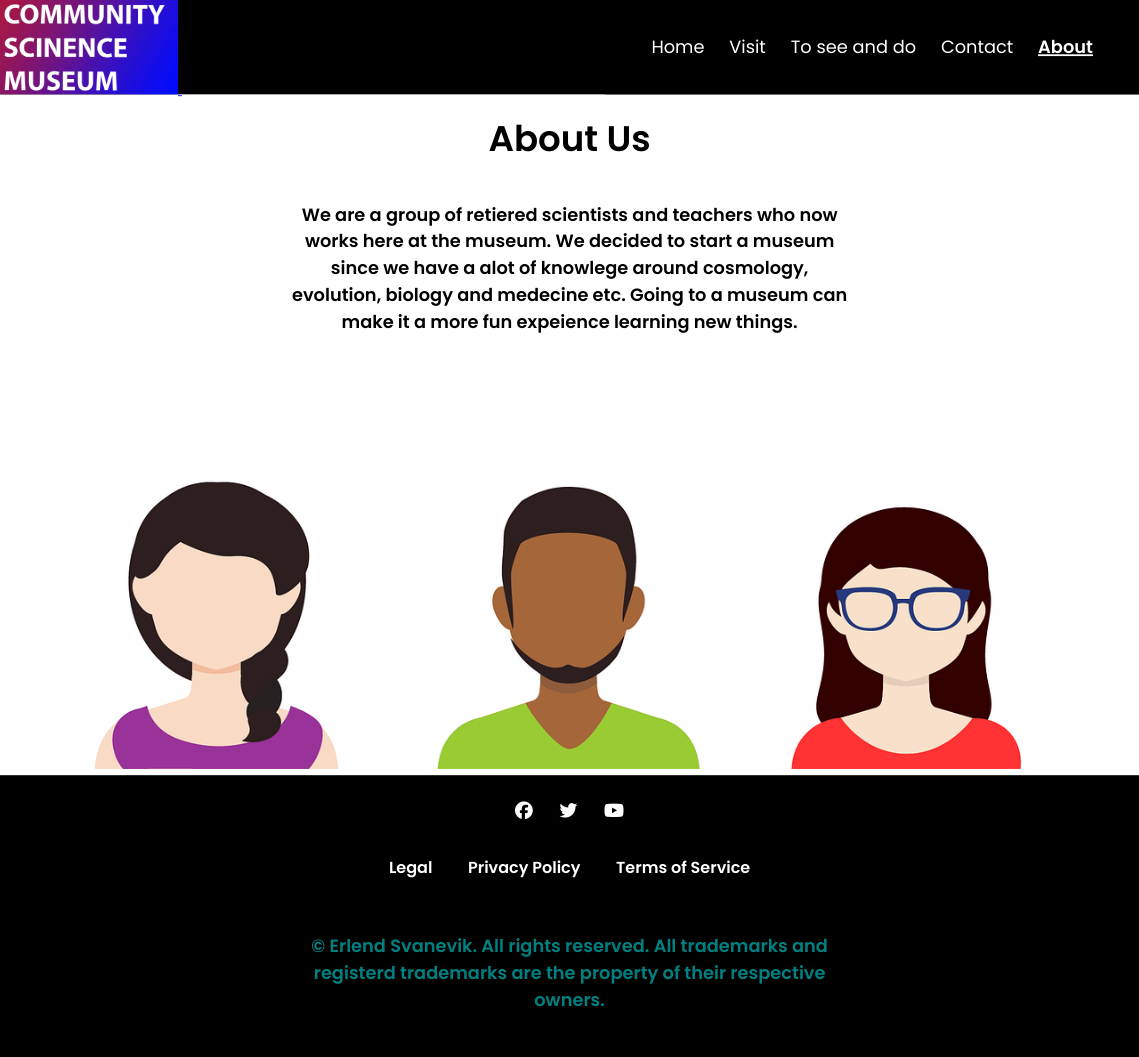
Repository: EpleWasTaken/Semester-Project
Page: about.html
The author's editor kept a copy of each file at every save. The page is drawn from the files as they stood at one save, then again after the next save.
The browser window is 1280 px wide. The pictures show the whole page, at 89% of full size.
Some web libraries are served in a nearby version.

Above is the page before, as saved 2020-12-12 13:33:37.

### about.html
<!DOCTYPE html>
<html lang="en">
<head>
    <meta charset="UTF-8">
    <meta name="viewport" content="width=device-width, initial-scale=1.0">
    <meta name="keywords" content="museum, science museum, community museum">
    <meta name="author" content="Erlend Molvik Svanevik">
    <title>CMS About</title>

    <link rel="preconnect" href="https://fonts.gstatic.com">
    <link href="https://fonts.googleapis.com/css2?family=Poppins:ital,wght@0,100;0,200;0,300;0,400;0,500;0,600;1,100;1,200;1,300;1,400;1,500;1,600&display=swap" rel="stylesheet">
    <link rel="stylesheet" href="./css/styles.css">
    <link rel="stylesheet" href="./css/footer.css">
    <link rel="stylesheet" href="/css/hamburger.css">
    <script src="https://kit.fontawesome.com/cafca22d75.js" crossorigin="anonymous"></script>
</head>


<!--NAVIGAION, LOGO AND SEARCH BAR-->


<body>
    <header>
        <a href="index.html" aria-label="Go to frontpage">
            <img src="/Images/CommunityScienceMuseum.jpg" class="logo" alt="Community Science Museum logo">
        </a>
        <label class="hamburger-label" for="hamburger-menu" aria-label="Hamburger menu for navigation"><i class="fas fa-bars fa-2x"></i></label>
        <input type="checkbox" id="hamburger-menu">
        <nav>
            <ul class="nav">
                <li><a href="index.html" aria-label="Go to home page">Home</a></li>
                <li><a href="visit.html" aria-label="Go to the visit page">Visit</a></li>
                <li><a href="to-see-and-do.html" aria-label="Go to: To see and do">To see and do</a></li>
                <li><a href="contact.html" aria-label="Go to the contact page">Contact</a></li>
                <li><a href="about.html" aria-label="Go to the about page" class="active">About</a></li>
            </ul>
        </nav>
    </header>


<!--CONTENT-->


<main>
    <div class="about-container">
        <div class="about-page">
            <h2>About Us</h2>
            <p>We are a group of retiered scientists and teachers who now works here at the museum.
            We decided to start a museum since we have a alot of knowlege around cosmology, evolution, biology and medecine etc.
            Going to a museum can make it a more fun expeience learning new things.</p>
        </div>
    </div>
    <img src="./Images/Avatar2.png" class="employee">
</main>


<!--FOOTER, TOS/LEGAL/PRIVACY-POLICY AND SOCIALS-->


    <footer class="footer">
        <div class="footer-container">
            <ul class="footer-social">
                <li>
                    <a href="#0" class="facebook"><i class="fab fa-facebook"></i></a>
                </li>
                <li>
                    <a href="#0" class="twitter"><i class="fab fa-twitter"></i></a>
                </li>
                <li>
                    <a href="#0" class="youtube"><i class="fab fa-youtube"></i></a>
                </li>
            </ul>
        </div>
        <div class="footer-container">
            <div class="footer-legal">
                <a href="#0">Legal</a>
                <a href="#0">Privacy Policy</a>
                <a href="#0">Terms of Service</a>
            </div>
            <div class="footer-copyright">
                <p>&copy; Erlend Svanevik. All rights reserved. All trademarks and registerd trademarks are the property of
                   their respective owners.
                </p>
            </div>
        </div>
    </footer>
</body>
</html>

### css/styles.css
* {
	margin: 0px;
	padding: 0px;
	box-sizing: border-box;
}

body {
	font-family: 'poppins', sans-serif;
	background: white;
}

nav {
	background-color: black;
}

header {
	background: black;
	height: 53.13px;
}

.logo {
	max-width: 100px;
}

a.fas.fa-phone,
a.fas.fa-envelope {
	display: flex;
	justify-content: center;
	align-items: center;
	font-size: 30px;
}

.contact-form {
	display: flex;
	flex-direction: column;
	justify-content: center;
	align-items: center;
	margin: auto;
}

.email {
	display: flex;
}

/* NAVIGATION/HAMBURGER MENU/CLICKEBLE
-------------------------------------------*/

/*PICTURES
-----------------------------------------------*/

.homepic,
.space,
.mammoth,
.people,
.science,
.ant {
	width: auto;
	max-width: 100%;
	height: auto;
	margin-bottom: 3vh;
}

/*TEXT/FONT/TEXT ALIGNMENY
--------------------------------------------------*/

h1 {
	display: flex;
	align-items: center;
	justify-content: center;
	margin-left: auto;
	margin-right: auto;
	font-weight: 600;
	font-size: 30px;
	margin: 40px;
	text-align: center;
}

h2 {
	display: flex;
	align-items: center;
	justify-content: center;
	margin-left: auto;
	margin-right: auto;
	font-weight: 600;
	font-size: 25px;
	margin: 40px;
	text-align: center;
}

h3 {
	display: flex;
	align-items: center;
	justify-content: center;
	font-weight: 600;
	font-size: 20px;
	margin: 40px;
	text-align: center;
}

p {
	display: flex;
	align-items: center;
	justify-content: center;
	font-weight: 600;
	font-size: 15px;
	margin: 40px;
	max-width: 70%;
	margin-left: auto;
	margin-right: auto;
	text-align: center;
}

.open-hours p {
	margin: 20px;
	margin-left: auto;
	margin-right: auto;
	align-items: center;
	justify-content: center;
	text-align: center;
}

.contact-container {
	display: flex;
	flex-direction: row;
	align-items: center;
}

.mail {
	display: flex;
	justify-content: center;
	align-items: center;
}

@media screen and (min-width: 1024px) {
	body {
		font-family: 'poppins', sans-serif;
		font-weight: 400;
	}

	main {
	}

	header {
		height: 106.25px;
	}

	.logo {
		max-width: 200px;
	}

	.homepic {
		display: flex;
		flex-direction: column;
		justify-content: center;
		align-items: center;
		max-width: 1664px;
		margin-left: auto;
		margin-right: auto;
	}

	h1,
	h2,
	h3,
	p {
		display: flex;
		align-items: center;
		justify-content: center;
	}

	h1 {
		font-size: 60px;
		margin: 40px;
	}

	h2 {
		font-size: 40px;
		margin: 20px;
	}

	h3 {
		font-size: 30px;
		margin: 15px;
	}

	p {
		font-size: 20px;
		margin: 40px;
		max-width: 50%;
		margin-left: auto;
		margin-right: auto;
	}

	.space,
	.mammoth,
	.people,
	.science,
	.ant {
		display: flex;
		left: 0;
		right: 0;
		max-width: 800px;
		justify-content: center;
		align-items: center;
		margin: auto;
		padding: 4vh;
	}
}

### css/footer.css
/* FOOTER */

* {
	padding: 0;
	margin: 0;
	box-sizing: border-box;
}

footer {
	display: flex;
	flex-direction: column;
	justify-content: center;
	align-items: center;
	background-color: black;
	font-family: 'Poppins', sans-serif;
	font-weight: 600;
	padding: 10px;
}

.footer-container {
	display: flex;
	flex-direction: column;
	justify-content: center;
	align-items: center;
}

.footer-social {
	font-size: 35px;
}

.footer-social li a {
	color: white;
}

.footer-legal {
	display: flex;
	flex-direction: column;
	text-decoration: none;
	align-items: center;
	justify-content: center;
	font-size: 20px;
}

.footer-legal a {
	display: flex;
	text-decoration: none;
	flex-direction: row;
	padding: 15px;
}

.footer-social li a.facebook:hover {
	color: #3b5998;
}

.footer-social li a.twitter:hover {
	color: #00acee;
}

.footer-social li a.youtube:hover {
	color: #c4302b;
}

.footer-legal a {
	color: white;
}

.footer-legal a:hover {
	color: #008080;
}

.footer-copyright {
	display: flex;
	flex-direction: column;
	text-decoration: none;
	justify-content: center;
	align-items: center;
	text-align: center;
	font-size: 14px;
	color: #008080;
}

ul {
	list-style: none;
}

@media screen and (min-width: 1024px) {
	.footer-legal {
		display: flex;
		flex-direction: row;
		justify-content: center;
		align-items: center;
		font-size: 18px;
	}

	.footer-legal a {
		display: flex;
		flex-direction: row;
		justify-content: center;
		align-items: center;
		padding: 20px;
	}

	.footer-social {
		display: flex;
		flex-direction: row;
		justify-content: center;
		align-items: center;
		text-decoration: none;
	}

	.footer-container {
		text-decoration: none;
	}

	.footer-social li {
		display: flex;
		flex-direction: row;
		text-decoration: none;
		margin: 15px;
	}
}

### css/hamburger.css
* {
	margin: 0px;
	padding: 0px;
	box-sizing: border-box;
}

nav,
#hamburger-menu {
	display: none;
	z-index: 1;
}

nav ul {
	padding: 0px;
}

ul a {
	margin: 40px;
	font-size: 20px;
}

nav a {
	text-decoration: none;
	color: white;
	display: block;
	max-width: 200px;
}

.nav {
	display: block;
	position: absolute;
	justify-content: space-between;
	align-items: center;
	text-align: center;
	right: 0;
	width: 50%;
	background-color: black;
	top: 0;
}

.hamburger-label {
	color: #fff;
	padding: 10px;
	font: 1.5em;
	display: block;
	position: absolute;
	right: 0;
	top: 0px;
	z-index: 1;
}

.active {
	font-weight: 600;
	text-decoration: underline;
}

#hamburger-menu:checked ~ nav {
	display: flex;
}

@media screen and (min-width: 1024px) {
	nav {
		display: inline-block;
	}

	.active {
		font-weight: 600;
		text-decoration: underline;
	}

	.hamburger-label {
		display: none;
	}

	nav ul {
		padding: 0px;
		color: #fff;
		font: 1.5em;
		display: flex;
		position: absolute;
		right: 0;
		top: 0px;
		min-width: 600px;
		align-items: center;
		padding: 38px;
	}

	nav li {
		display: block;
	}

	nav a {
		text-decoration: none;
		color: white;
		display: block;
	}

	.nav {
		display: flex;
		justify-content: space-around;
		text-decoration: none;
		background-color: black;
		height: auto;
		width: auto;
		margin: auto;
	}

	ul a {
		margin: auto;
	}
}

After the next save:
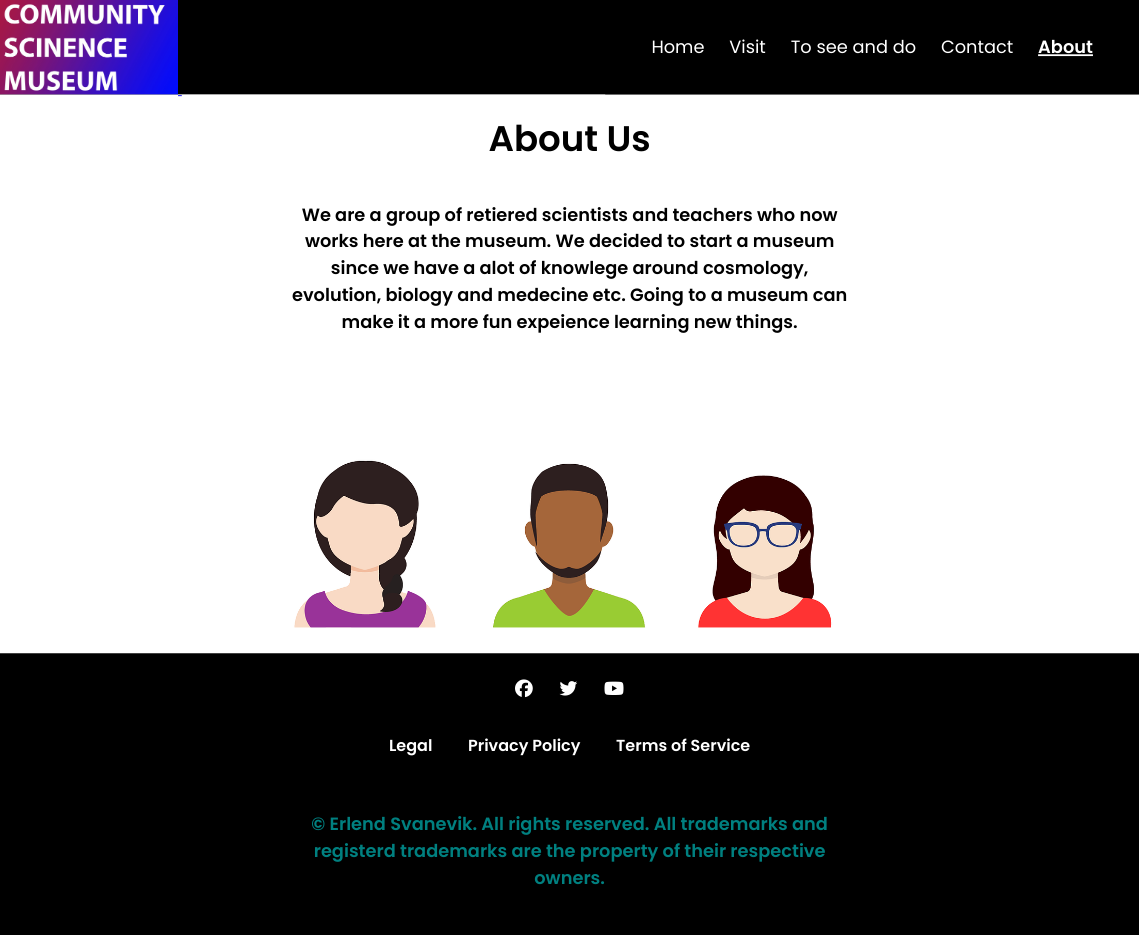
Saved 5 s later.
--- a/css/styles.css
+++ b/css/styles.css
@@ -194,7 +194,8 @@
 	.mammoth,
 	.people,
 	.science,
-	.ant {
+	.ant,
+	.employee {
 		display: flex;
 		left: 0;
 		right: 0;

After the save that followed:
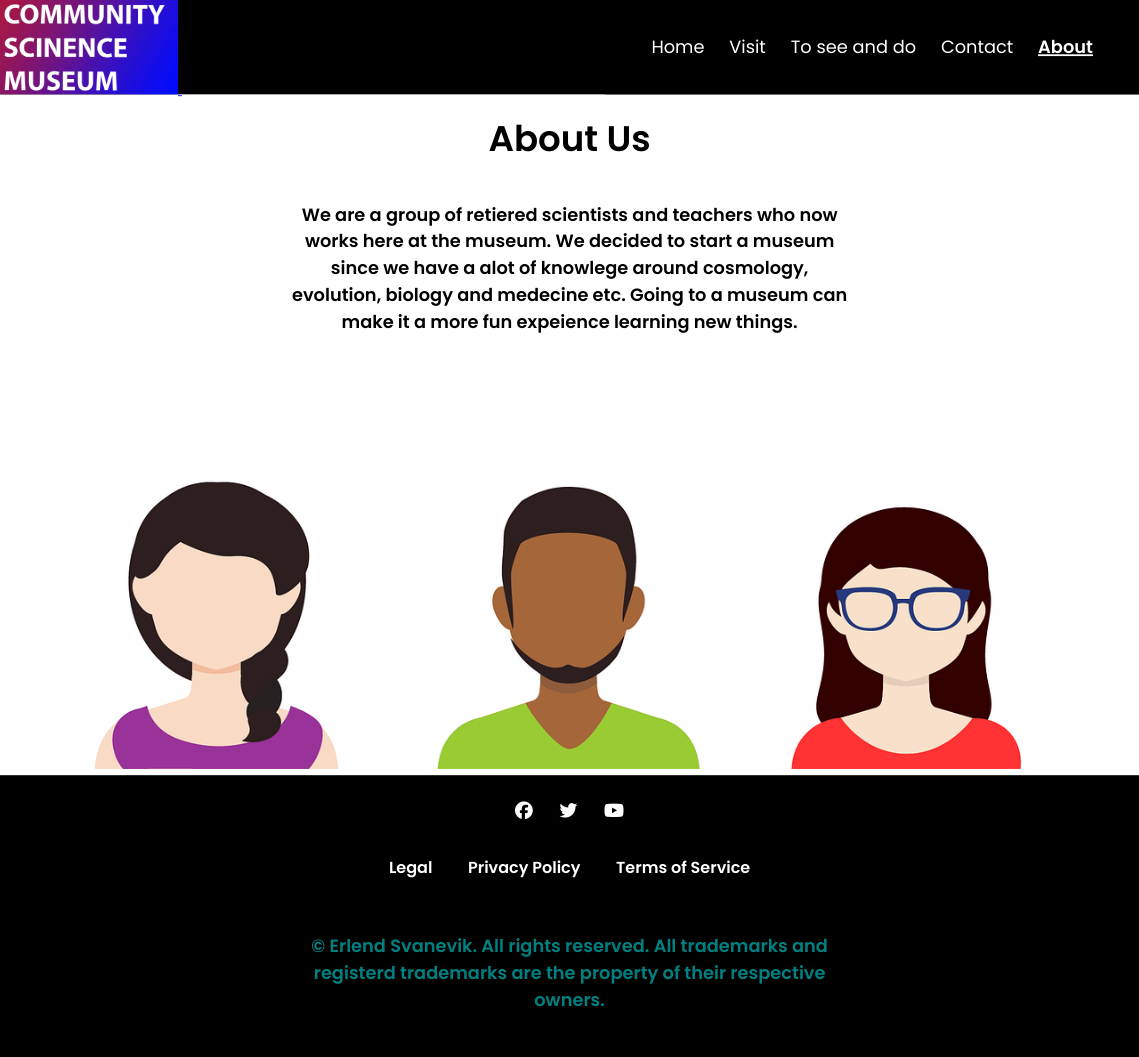
Saved 16 s later.
--- a/css/styles.css
+++ b/css/styles.css
@@ -194,8 +194,7 @@
 	.mammoth,
 	.people,
 	.science,
-	.ant,
-	.employee {
+	.ant {
 		display: flex;
 		left: 0;
 		right: 0;
